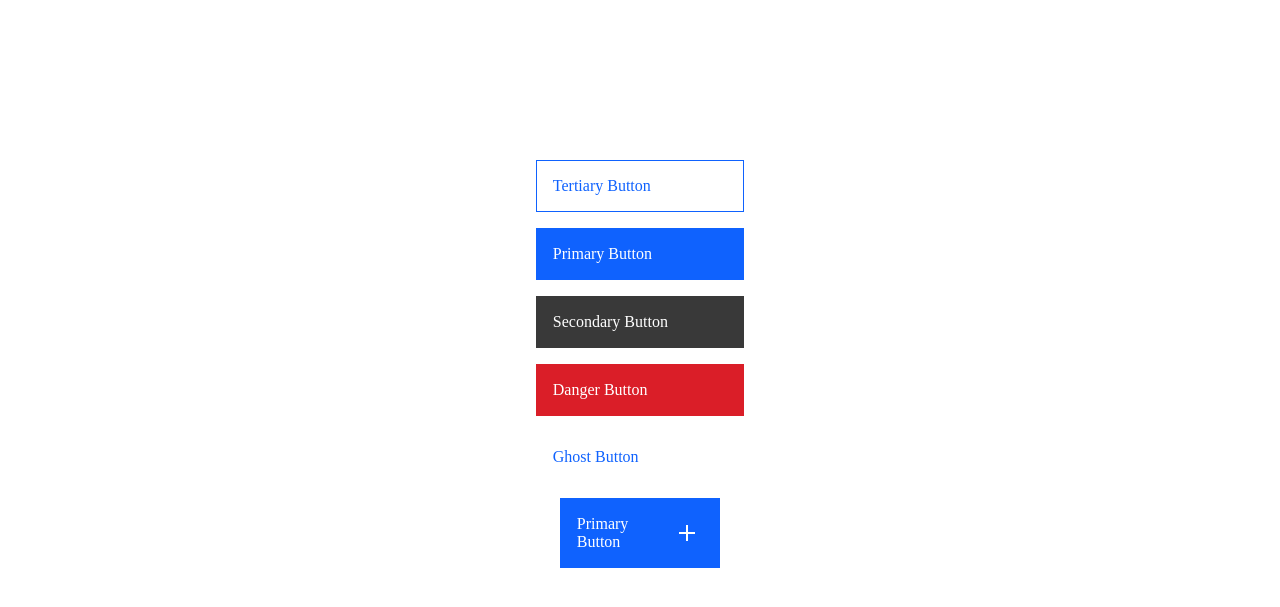
Repository: prav10194/ibm-carbon-components-vanilla
Page: buttons/index.html
An editor plug-in stored every save of this project. The page is shown before and after the next save, followed by the edit.
The browser window is 1280 px wide. The pictures show the whole page.
Some web fonts or font styles are not loaded; a fallback is used.

Above is the page before, as saved 2020-11-12 20:23:59.

After the next save:
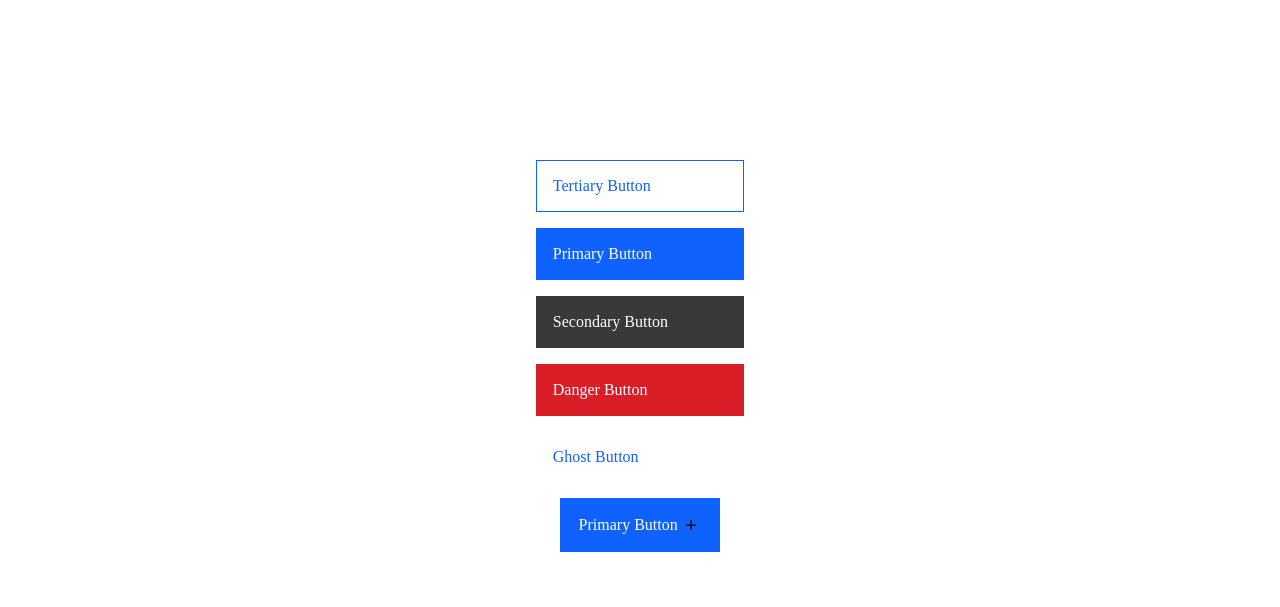
Saved 14 h 34 min later.
--- a/buttons/assets/add.svg
+++ b/buttons/assets/add.svg
@@ -1,10 +1,9 @@
 <?xml version="1.0" encoding="utf-8"?>
 <!-- Generator: Adobe Illustrator 24.0.3, SVG Export Plug-In . SVG Version: 6.00 Build 0)  -->
 <svg version="1.1" id="icon" xmlns="http://www.w3.org/2000/svg" xmlns:xlink="http://www.w3.org/1999/xlink" x="0px" y="0px"
-	 width="32px" height="32px" viewBox="0 0 32 32" style="enable-background:new 0 0 32 32;" xml:space="preserve">
+	 width="20px" height="20px" viewBox="0 0 32 32" style="enable-background:new 0 0 32 32;" xml:space="preserve">
 <style type="text/css">
 	.st0{fill:none;}
-	.st1{fill:#FFFFFF; height: 20px; width: 20px;};
 </style>
 <polygon class="st1" points="17,15 17,8 15,8 15,15 8,15 8,17 15,17 15,24 17,24 17,17 24,17 24,15 "/>
 <rect class="st0" width="32" height="32"/>
